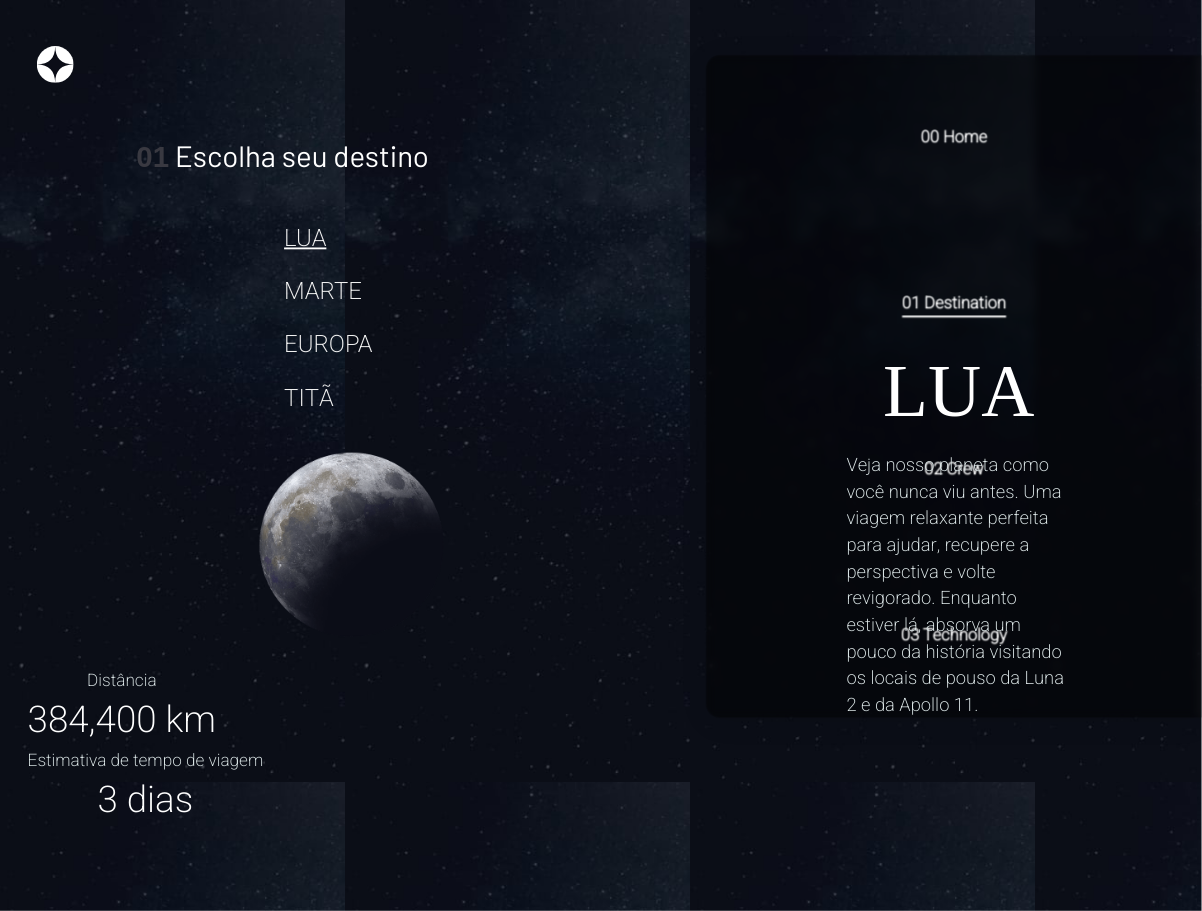
Repository: Leonngc/space-site
Page: space-tourism-website-main/space-tourism-website-main/starter-code/destination-moon.html
The author's editor kept a copy of each file at every save. The page is drawn from the files as they stood at one save, then again after a run of saves.
The browser window is 768 px wide. The page is 1306 px wide, so the pictures cover 1306 px, including what lies to the right of the window. The pictures show the whole page, at 92% of full size.
Some icons come from a web library that is not loaded, so they are not drawn.

Above is the page before, as saved 2023-04-30 01:30:11.

### space-tourism-website-main/space-tourism-website-main/starter-code/destination-moon.html
<!DOCTYPE html>
<html lang="en">
<head>
  <meta charset="UTF-8">
  <meta name="viewport" content="width=device-width, initial-scale=1.0">

  <link rel="icon" type="image/png" sizes="32x32" href="./assets/favicon-32x32.png">
  <link rel='stylesheet' href='https://cdn-uicons.flaticon.com/uicons-bold-rounded/css/uicons-bold-rounded.css'>
  <link rel="stylesheet" href="styles/menu.css">
  <link rel="stylesheet" href="styles/destination.css">
  <script src="script/menu.js" defer></script>
  <title>Frontend Mentor | Space tourism website</title>
</head>
<body>

  <header>
    <img src="assets/shared/logo.svg" alt="" class="logo">

    <div class="line"></div>
    <nav>
      <button class="menu-button"><i class="fi fi-br-menu-burger"></i></button>
      <ul class="menu">
      <li class="item-menu"><a href="#">00 Home</a></li>
      <li class="item-menu page-active"><a href="#">01 Destination</a></li>
      <li class="item-menu"><a href="#">02 Crew</a></li>
      <li class="item-menu"><a href="#">03 Technology</a></li>
      </ul>
    </nav>

  </header>

<main>

    <h1><strong>01</strong> Escolha seu destino</h1>

    <ul class="nav-travel">
      <li class="travel-destiny page-active"><a href="">Lua</a></li>
      <li class="travel-destiny"><a href="">Marte</a></li>
      <li class="travel-destiny"><a href="">Europa</a></li>
      <li class="travel-destiny"><a href="">Titã</a></li>
    </ul>

    <div class="destination-container">
      <img src="assets/destination/image-moon.png" alt="">
      <div class="destination-info">
        <h2>Lua</h2>
        <p>
          Veja nosso planeta como você nunca viu antes. Uma viagem relaxante perfeita para ajudar,
          recupere a perspectiva e volte revigorado. Enquanto estiver lá, absorva um pouco da história
          visitando os locais de pouso da Luna 2 e da Apollo 11.
        </p>
      </div>
    </div>
   <div class="travel-container">
     <div class="info-travel">
       <h3>Distância</h3>
        <span>384,400 km</span>
     </div>

      <div class="info-travel">
        <h3>Estimativa de tempo de viagem</h3>
        <span>3 dias</span>
      </div>
   </div>

</main>
</body>
</html>

### space-tourism-website-main/space-tourism-website-main/starter-code/styles/menu.css
@import url('https://fonts.googleapis.com/css2?family=Heebo:wght@200&display=swap');

*{
    padding: 0;
    margin: 0;
}

body{
    overflow-x: hidden;
}

header{
    display: flex;
    justify-content: space-between;
}

.menu{
    margin-top: 20px;
    display: flex;
    width: 40vw ;
    height: 12vh;
    position: relative;
    list-style: none;
    background: rgba(255, 255, 255, 0.21);
    background: rgba(255, 255, 255, 0.08);
    box-shadow: 0 4px 30px rgba(0, 0, 0, 0.1);
    backdrop-filter: blur(5px);
    -webkit-backdrop-filter: blur(5px);
}

.item-menu{
    margin: auto;
}

.item-menu a{
    text-decoration: none;
    font-family: 'Heebo', sans-serif;
    color: white;
}


.line{
    background-color:  rgba(255, 255, 255, 0.21);

    height: 2px;
    width: 1110px;
    margin-top: 68px;
    margin-left: 30px;
}

.logo{
    margin-top: 30px;
    margin-left: 20px;
    width: 40px;
    height: 40px;
    padding: 20px;
}

.page-active{
    border-bottom: 2px solid white;
}

ul li > a:hover{
    font-size: 18px;
    transition: 2s;
}

.menu-button{
    display: none;
}



@media screen and (max-width: 990px){
    .line{
        display: none;
    }


    .menu{
        position: absolute;
        right: 0;
        width: 70vw;
        height: 90vh;
        display: flex;
        margin: 0;
        border-top-left-radius: 15px;
        border-bottom-left-radius: 15px;
        transform: translateX(100%);
        transition: transform 0.6s ease-in;
        background: rgba(255, 255, 255, 0.346);
        background: rgba(0, 0, 0, 0.47);
        box-shadow: 0 4px 30px rgba(0, 0, 0, 0.1);
        backdrop-filter: blur(5px);
        -webkit-backdrop-filter: blur(5px);
    }

    ul{
        flex-direction: column;
    }


    .menu li{
       color: white;
       font-size: 18px;
       font-weight: bold;
    }

    .menu-button{
        display: block;
        font-size: 40px;
        color: white;
        background: none;
        border: none;
        padding: 10px;
        margin-top: 40px;
    }

    ul.active{
        transform: translateX(0);
    }
}

### space-tourism-website-main/space-tourism-website-main/starter-code/styles/destination.css
@import url('https://fonts.googleapis.com/css2?family=Barlow&display=swap');
@import url('https://fonts.googleapis.com/css2?family=Heebo:wght@200&display=swap');
/*  font-family: 'Barlow', sans-serif;
    font-family: 'Heebo', sans-serif;
*/

:root{
    --title-font: 'Barlow';
    --paragraph-font: 'Heebo';
}

*{
    padding: 0;
    margin: 0;
}

body{
    max-width: 100vw;
    background-image: url(../assets/destination/background-destination-desktop.jpg);
}

main{
    color: white;
}

h1{
    font-family: var(--title-font);
    padding: 40px;
    font-weight: 100;
}

strong{
    color: #393941;
    font-family: Arial, Helvetica, sans-serif;
}

.nav-travel{
    width: 40vw;
    list-style: none;
    display: flex;
    float: right;
}

.nav-travel a{
    text-decoration: none;
    text-transform: uppercase;
    color: #f0f0f0;
    font-family: var(--paragraph-font);
    padding: 30px;
}

.destination-container{
    margin-left: 30px;
}

.destination-container > img{
    margin-left: 120px;
    padding: 30px;
}


.destination-info{
    width: 37vw;
    position: absolute;
    top: 380px;
    left: 900px;
}

.destination-info h2{
    font-size: 80px;
    font-weight: 200;
    font-family: serif;
    text-transform: uppercase;
}

.destination-info p{
    font-family: var(--paragraph-font);
    font-size: 20px;
    padding: 20px;
    font-weight: lighter;
    text-align: start;
    color: #dbe5e6;
}

.travel-container{
    float: right;
    display: flex;
    padding: 0px;
    flex-wrap: wrap;
    margin-bottom: 90px;
    margin-right: 100px;
}

.info-travel{
    font-family: var(--paragraph-font);
    padding: 0px 30px 0px 30px;
}


.info-travel h3{
    font-weight: lighter;
    color: #dbe5e6;
}

.info-travel > span{
    font-size: 40px;
    font-weight: lighter;
}

@media screen and (max-width: 990px){
    body{
        background-image: url(../assets/destination/background-destination-mobile.jpg);
    }

    main{
        text-align: center;
        width: 80vw;
    }

    .nav-travel{
        width: 10vw;
    }

    .nav-travel{
        float: none;
        margin: auto;
        font-size: 26px;
    }
    .nav-travel li{
        border-bottom: none;
        padding: 10px;
    }

    .nav-travel > .page-active{
        text-decoration: underline;
    }

    img{
        width: 200px;
    }
}

### space-tourism-website-main/space-tourism-website-main/starter-code/script/menu.js
class MobileNavbar{
    constructor(mobileMenu, navList, navLink){
        this.mobileMenu = document.querySelector(mobileMenu);
        this.navList = document.querySelector(navList);
        this.navLink = document.querySelector(navLink);
        this.activeClass = "active";
        this.handleClick = this.handleClick.bind(this)
    }

    handleClick(){
        this.navList.classList.toggle(this.activeClass);
        this.mobileMenu.classList.toggle(this.activeClass)
    }

    addClickEvent(){
        this.mobileMenu.addEventListener("click", this.handleClick);
    }

    init(){
        if(this.mobileMenu){
            this.addClickEvent();
        }
        return this;
    }
}

const mobileNavbar = new MobileNavbar(
    "nav",
    "ul",
    "ul li",
);

mobileNavbar.init()

After the next 4 saves:
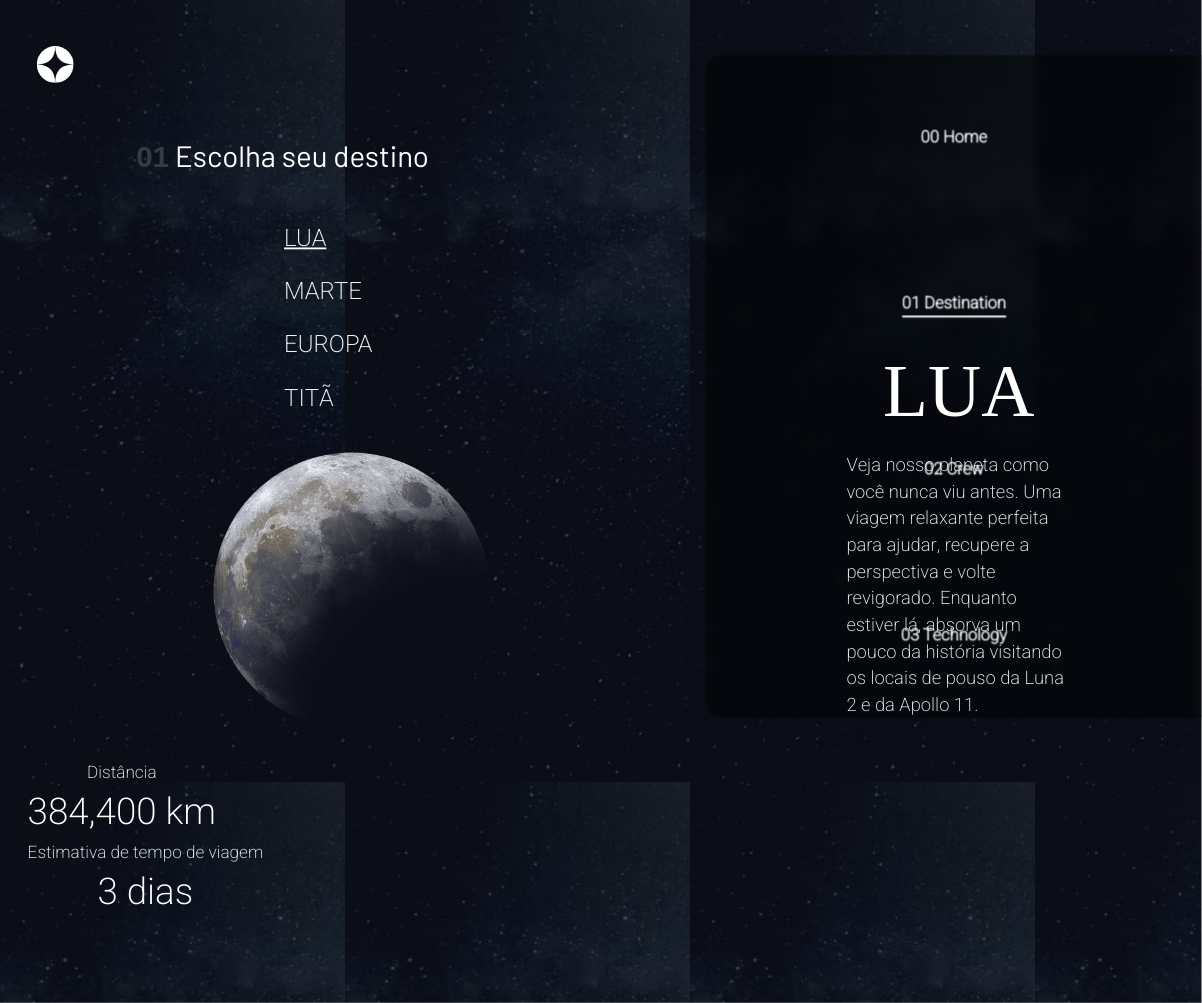
The 4 saves are shown as one change because they came seconds apart.
The last was saved 12 s later.
--- a/space-tourism-website-main/space-tourism-website-main/starter-code/styles/destination.css
+++ b/space-tourism-website-main/space-tourism-website-main/starter-code/styles/destination.css
@@ -136,6 +136,7 @@ strong{
     }
 
     img{
-        width: 200px;
+        width: 300px;
+        margin: auto;
     }
 }
